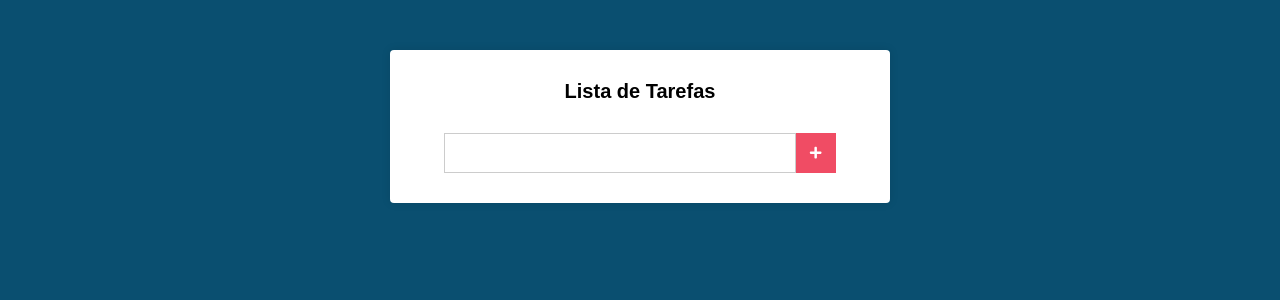
Repository: FellipeMiguel/lista-de-tarefas
Page: /
These files come from the project's save history. The page is drawn as it stood at one moment and after the next save; the edit follows.
The browser window is 1280 px wide. The pictures show the whole page.
The project was rebuilt for these pictures with package versions that can differ from the ones it lists, and the page was loaded fresh each time.

Above is the page before, as saved 2023-06-15 01:22:58.

After the next save:
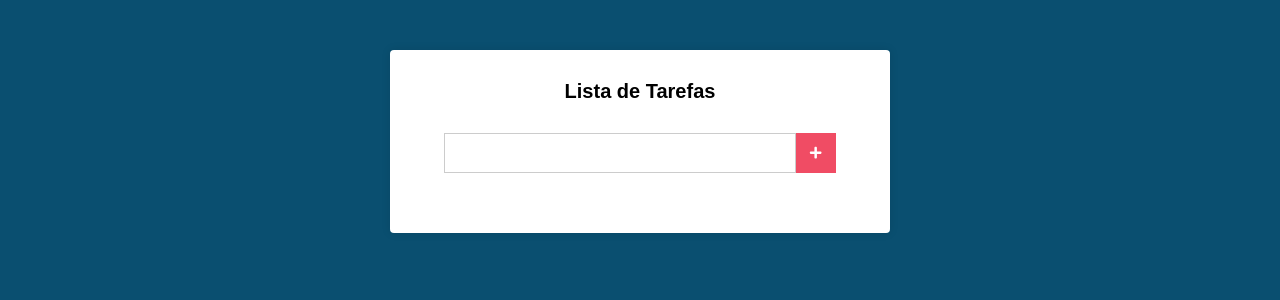
Saved 17 s later.
--- a/src/components/Tasks/index.js
+++ b/src/components/Tasks/index.js
@@ -1,6 +1,7 @@
 import React from 'react'
 import PropTypes from 'prop-types'
 import { FaEdit, FaWindowClose } from 'react-icons/fa'
+import './Tasks.css'
 
 export default function Tasks({ tasks, handleEdit, handleDelete }) {
   return (
